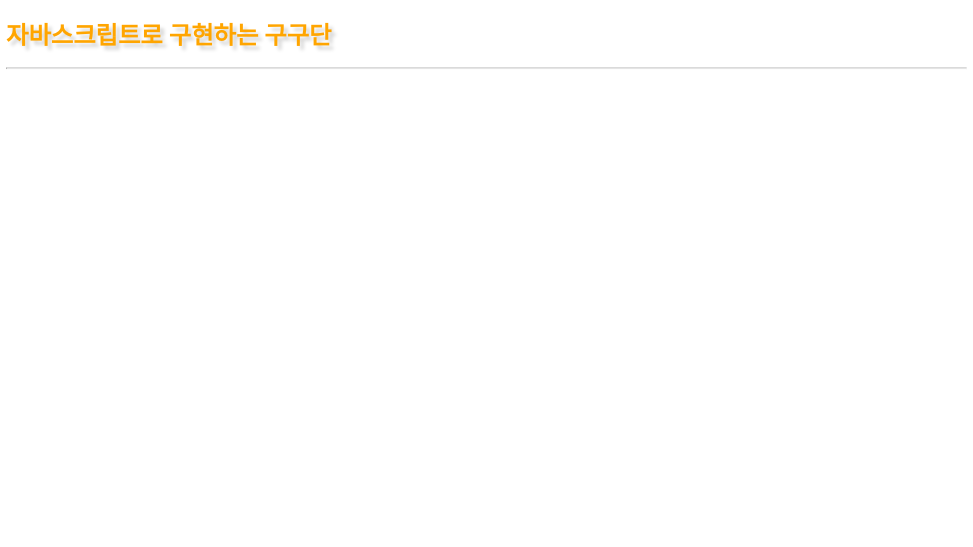
Repository: jhsnex123/web_study
Page: edu/src/main/webapp/jsexam/exercise4.html
These files come from the project's save history. The page is drawn as it stood at one moment and after the next save; the edit follows.
The browser window is 1280 px wide. The pictures show the whole page, at 76% of full size.

Above is the page before, as saved 2024-09-20 08:27:09.

After the next save:
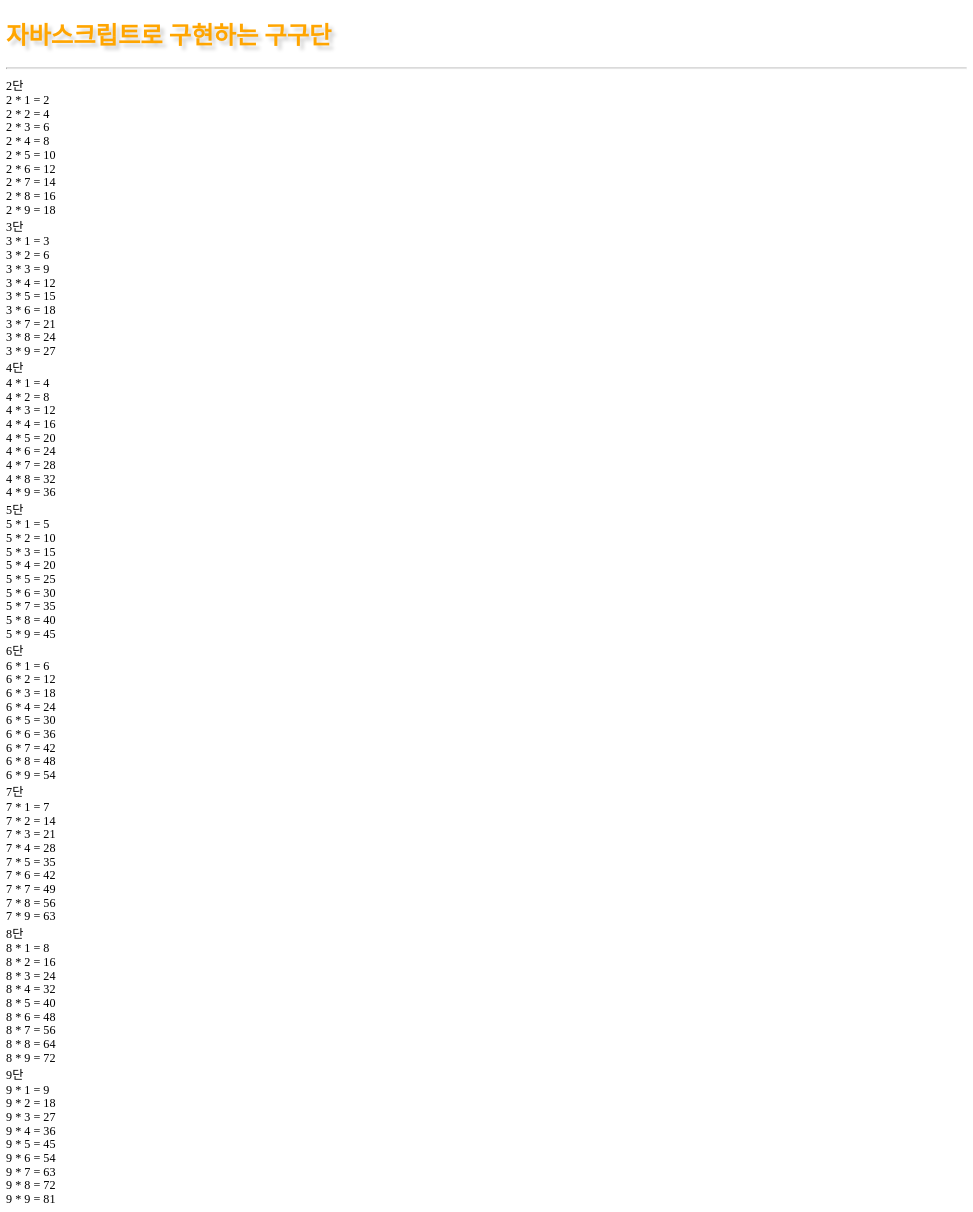
Saved 8 min 16 s later.
--- a/edu/src/main/webapp/jsexam/exercise4.html
+++ b/edu/src/main/webapp/jsexam/exercise4.html
@@ -7,11 +7,7 @@
 h1{
 color : orange;
 text-shadow : 5px 5px 5px lightgray;
-
 }
-
-
-
 </style>
 </head>
 <body>
@@ -19,8 +15,21 @@ text-shadow : 5px 5px 5px lightgray;
 <hr>
 
 <script>
+/* (1)<body> 태그에 첫번째 제목크기로 "자바스크립트로 구현하는 구구단" 을 출력하도록
+작성하고 수평선을 출력하는 태그도 작성한다. 이 때 제목은 임의의 색과 쉐도우를 지정한다.
+(2) 프롬프트 창으로 1 부터 9사이의 숫자를 한 개 입력 받는다.(숫자만 입력받는다고 가정한다.)
+(3) 입력된 숫자가 1~9 사이가 아니면 다시 입력받는다.
+(4) 입력된 숫자에 해당하는 단의 구구단을 행단위로 출력한다. 도큐먼트 영역에 출력한다. */
 
+for(var i = 2; i <= 9 ; i++){                                 //외부for문 2~ 9까지 반복값
+	document.writeln(i + "단");
+	document.writeln("<br>");
+	for(var j = 1; j <= 9 ; j++){                             //내부 for문 1~9까지 반복값
+	document.writeln(i + " * "+ j + " = " +(i*j));
+	document.writeln("<br>");
+	}
 
+}
 
 
 </script>
